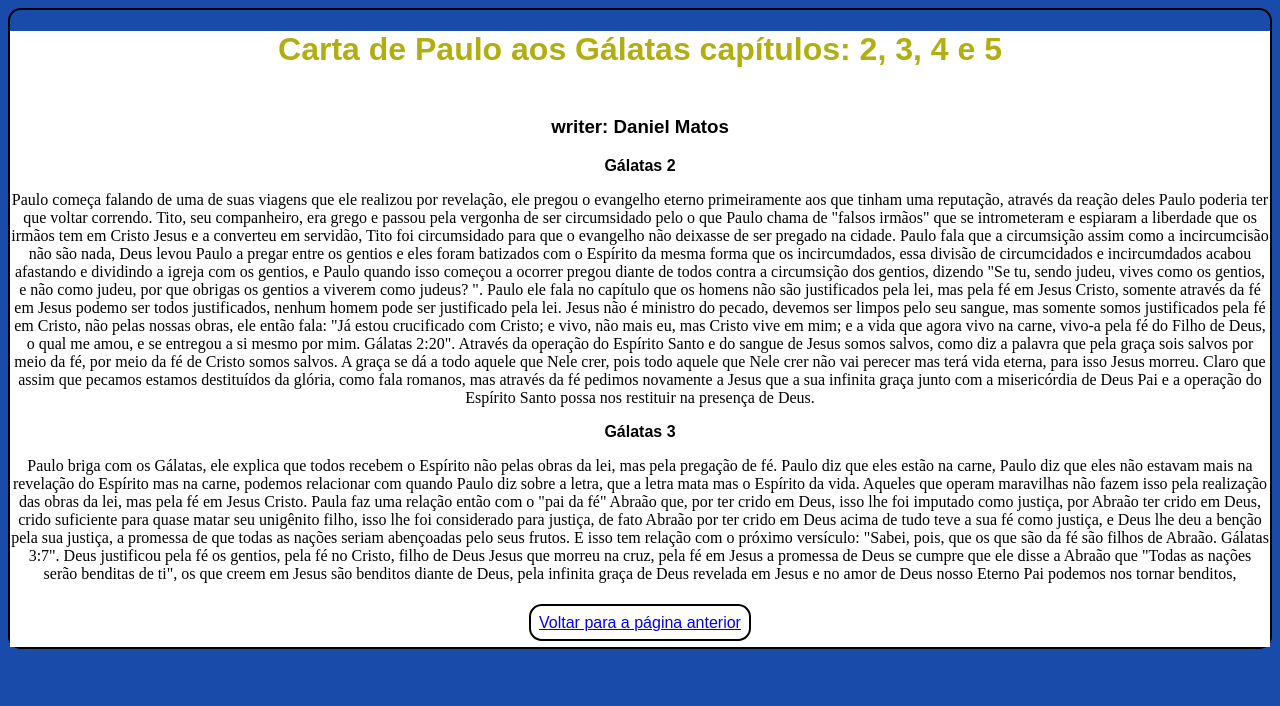
Repository: batmit/FutureFundation.github.io-1
Page: menu/articles/cristianism/importantchapters/galatians.html
The author's editor kept a copy of each file at every save. The page is drawn from the files as they stood at one save, then again after the next save.
The browser window is 1280 px wide. The pictures show the whole page.

Above is the page before, as saved 2021-07-12 11:56:06.

### menu/articles/cristianism/importantchapters/galatians.html
<!DOCTYPE html>
<html lang="pt-BR">
<head>
    <meta charset="UTF-8">
    <meta http-equiv="X-UA-Compatible" content="IE=edge">
    <meta name="viewport" content="width=device-width, initial-scale=1.0">
    <title>Gálatas 2, 3, 4 e 5</title>
    <link rel="stylesheet" href="/menu/main.css">
</head>
<body>
    <div id="all">
        <header>
            <h1>
                Carta de Paulo aos Gálatas capítulos: 2, 3, 4 e 5
            </h1>
            <h3>
                writer: Daniel Matos
            </h3>
        </header>

        <strong>Gálatas 2</strong>

        <p>Paulo começa falando de uma de suas viagens que ele realizou por revelação, ele pregou o evangelho eterno primeiramente aos que tinham uma reputação, através da reação deles Paulo poderia ter que voltar correndo. Tito, seu companheiro, era grego e passou pela vergonha de ser circumsidado pelo o que Paulo chama de "falsos irmãos" que se intrometeram e espiaram a liberdade que os irmãos tem em Cristo Jesus e a converteu em servidão, Tito foi circumsidado para que o evangelho não deixasse de ser pregado na cidade. Paulo fala que a circumsição assim como a incircumcisão não são nada, Deus levou Paulo a pregar entre os gentios e eles foram batizados com o Espírito da mesma forma que os incircumdados, essa divisão de circumcidados e incircumdados acabou afastando e dividindo a igreja com os gentios, e Paulo quando isso começou a ocorrer pregou diante de todos contra a circumsição dos gentios, dizendo "Se tu, sendo judeu, vives como os gentios, e não como judeu, por que obrigas os gentios a viverem como judeus? ". Paulo ele fala no capítulo que os homens não são justificados pela lei, mas pela fé em Jesus Cristo, somente através da fé em Jesus podemo ser todos justificados, nenhum homem pode ser justificado pela lei. Jesus não é ministro do pecado, devemos ser limpos pelo seu sangue, mas somente somos justificados pela fé em Cristo, não pelas nossas obras, ele então fala: "Já estou crucificado com Cristo; e vivo, não mais eu, mas Cristo vive em mim; e a vida que agora vivo na carne, vivo-a pela fé do Filho de Deus, o qual me amou, e se entregou a si mesmo por mim.

            Gálatas 2:20". Através da operação do Espírito Santo e do sangue de Jesus somos salvos, como diz a palavra que pela graça sois salvos por meio da fé, por meio da fé de Cristo somos salvos. A graça se dá a todo aquele que Nele crer, pois todo aquele que Nele crer não vai perecer mas terá vida eterna, para isso Jesus morreu. Claro que assim que pecamos estamos destituídos da glória, como fala romanos, mas através da fé pedimos novamente a Jesus que a sua infinita graça junto com a misericórdia de Deus Pai e a operação do Espírito Santo possa nos restituir na presença de Deus. </p>

        <strong>Gálatas 3</strong>

    <p>Paulo briga com os Gálatas, ele explica que todos recebem o Espírito não pelas obras da lei, mas pela pregação de fé. Paulo diz que eles estão na carne, Paulo diz que eles não estavam mais na revelação do Espírito mas na carne, podemos relacionar com quando Paulo diz sobre a letra, que a letra mata mas o Espírito da vida. Aqueles que operam maravilhas não fazem isso pela realização das obras da lei, mas pela fé em Jesus Cristo. Paula faz uma relação então com o "pai da fé" Abraão que, por ter crido em Deus, isso lhe foi imputado como justiça, por Abraão ter crido em Deus, crido suficiente para quase matar seu unigênito filho, isso lhe foi considerado para justiça, de fato Abraão por ter crido em Deus acima de tudo teve a sua fé como justiça, e Deus lhe deu a benção pela sua justiça, a promessa de que todas as nações seriam abençoadas pelo seus frutos. E isso tem relação com o próximo versículo: "Sabei, pois, que os que são da fé são filhos de Abraão.

        Gálatas 3:7". Deus justificou pela fé os gentios, pela fé no Cristo, filho de Deus Jesus que morreu na cruz, pela fé em Jesus a promessa de Deus se cumpre que ele disse a Abraão que "Todas as nações serão benditas de ti", os que creem em Jesus são benditos diante de Deus, pela infinita graça de Deus revelada em Jesus e no amor de Deus nosso Eterno Pai podemos nos tornar benditos, </p>

        <a href="/menu/articles/cristianism/chaptersimportant.html">Voltar para a página anterior</a>
    </div>
</body>
</html>

### menu/main.css
body{

    text-align: center;

    border: black 2px solid;

    border-radius: 0.8rem;

    font-family: 'Poppins', sans-serif;

    background-color: #194caa;


}

#articles {
    gap: 3px;
}

#all{

    background-color: white;

}


#codigo{
    text-align:left;

}


img{
    text-align: center;
    justify-content: center;

}

p{

    font-family: 'Poppins';

}
a{
    border: 2px solid black;

    border-radius: 0.8rem;

    box-sizing: border-box;

    padding: 0.5rem;

    line-height:3rem;

    margin: 2px;


}

a:hover{

    background-color:rgb(80, 158, 231);

}

h1{

    margin-bottom: 3rem;

    color: rgb(177, 174, 17);

}

audio {
    -webkit-transition:all 0.5s linear;
    -moz-transition:all 0.5s linear;
    -o-transition:all 0.5s linear;
    transition:all 0.5s linear;
    -moz-box-shadow: 2px 2px 4px 0px #006773;
    -webkit-box-shadow:  2px 2px 4px 0px #006773;
    box-shadow: 2px 2px 4px 0px #006773;
    -moz-border-radius:7px 7px 7px 7px ;
    -webkit-border-radius:7px 7px 7px 7px ;
    border-radius:7px 7px 7px 7px ;
}

audio:hover, audio:focus, audio:active {

-webkit-box-shadow: 15px 15px 20px rgba(0,0, 0, 0.4);
-moz-box-shadow: 15px 15px 20px rgba(0,0, 0, 0.4);
box-shadow: 15px 15px 20px rgba(0,0, 0, 0.4);
-webkit-transform: scale(1.05);
-moz-transform: scale(1.05);
transform: scale(1.05);

}



@media (max-width: 900px) {


    a{

        display: block;
        line-height: 0.5rem;
        padding: 1rem;

    }

    #img{
        text-align: right;
    }

}

@media (prefers-color-scheme: dark) {
    #all{

        background-color: black;

    }

    h1{
        color: white
    }

    p{
        color: white;
    }

    a{
        background-color: aqua;
    }

    h3{
        color: white;
    }

    strong {
        color: white;
    }


}

After the next save:
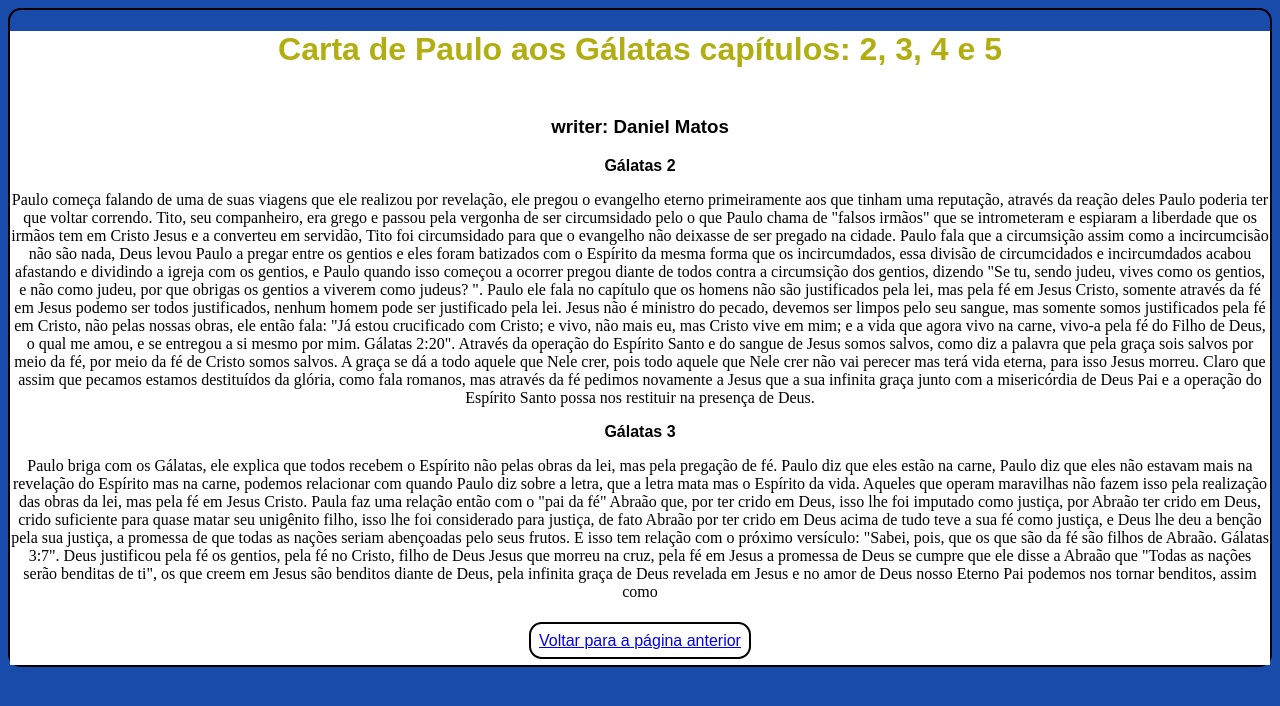
Saved 7 s later.
--- a/menu/articles/cristianism/importantchapters/galatians.html
+++ b/menu/articles/cristianism/importantchapters/galatians.html
@@ -28,7 +28,7 @@
 
     <p>Paulo briga com os Gálatas, ele explica que todos recebem o Espírito não pelas obras da lei, mas pela pregação de fé. Paulo diz que eles estão na carne, Paulo diz que eles não estavam mais na revelação do Espírito mas na carne, podemos relacionar com quando Paulo diz sobre a letra, que a letra mata mas o Espírito da vida. Aqueles que operam maravilhas não fazem isso pela realização das obras da lei, mas pela fé em Jesus Cristo. Paula faz uma relação então com o "pai da fé" Abraão que, por ter crido em Deus, isso lhe foi imputado como justiça, por Abraão ter crido em Deus, crido suficiente para quase matar seu unigênito filho, isso lhe foi considerado para justiça, de fato Abraão por ter crido em Deus acima de tudo teve a sua fé como justiça, e Deus lhe deu a benção pela sua justiça, a promessa de que todas as nações seriam abençoadas pelo seus frutos. E isso tem relação com o próximo versículo: "Sabei, pois, que os que são da fé são filhos de Abraão.
 
-        Gálatas 3:7". Deus justificou pela fé os gentios, pela fé no Cristo, filho de Deus Jesus que morreu na cruz, pela fé em Jesus a promessa de Deus se cumpre que ele disse a Abraão que "Todas as nações serão benditas de ti", os que creem em Jesus são benditos diante de Deus, pela infinita graça de Deus revelada em Jesus e no amor de Deus nosso Eterno Pai podemos nos tornar benditos, </p>
+        Gálatas 3:7". Deus justificou pela fé os gentios, pela fé no Cristo, filho de Deus Jesus que morreu na cruz, pela fé em Jesus a promessa de Deus se cumpre que ele disse a Abraão que "Todas as nações serão benditas de ti", os que creem em Jesus são benditos diante de Deus, pela infinita graça de Deus revelada em Jesus e no amor de Deus nosso Eterno Pai podemos nos tornar benditos, assim como </p>
 
         <a href="/menu/articles/cristianism/chaptersimportant.html">Voltar para a página anterior</a>
     </div>
